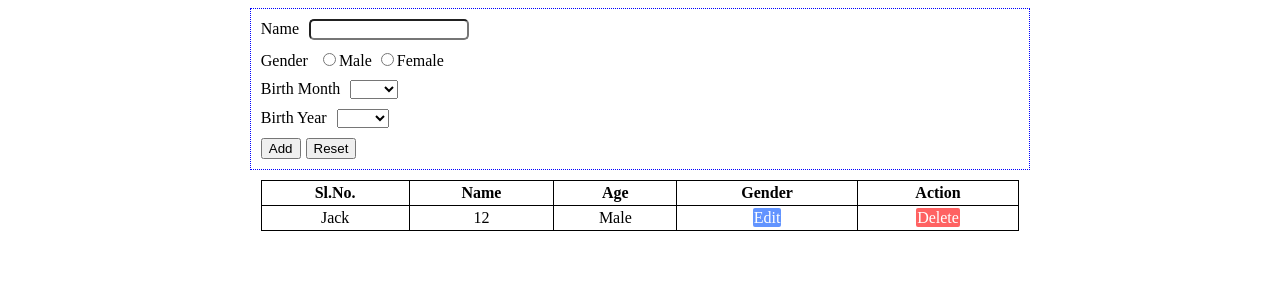
Repository: tysonpaul89/vue-student-crud
Page: /
The author's editor kept a copy of each file at every save. The page is drawn from the files as they stood at one save, then again after the next save.
The browser window is 1280 px wide. The pictures show the whole page.
The project was rebuilt for these pictures with package versions that can differ from the ones it lists, and the page was loaded fresh each time.

Above is the page before, as saved 2020-04-11 14:57:19.

After the next save:
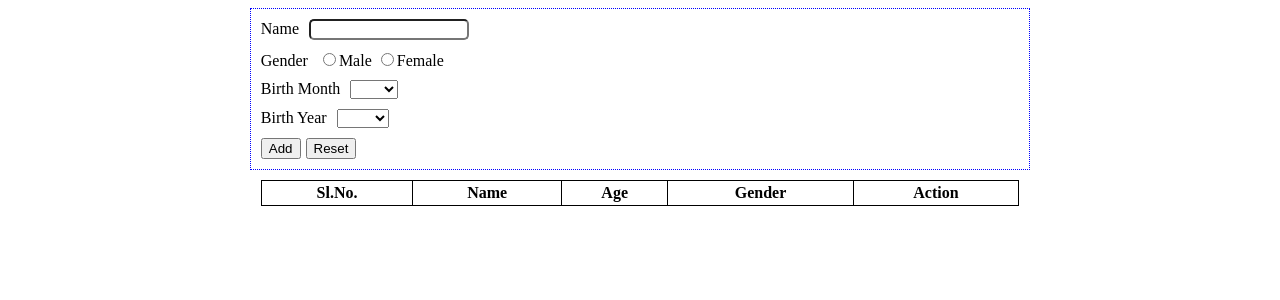
Saved 4 s later.
--- a/src/App.vue
+++ b/src/App.vue
@@ -29,9 +29,6 @@ export default {
   },
   data() {
     return {
-      students: [
-        { id:1, name: 'Jack', age: 12, gender: 'Male', birthMonth: 7, birthYear: 2008 },
-      ],
       formType: 'create',
       student: null,
     }

After the 3 saves that followed:
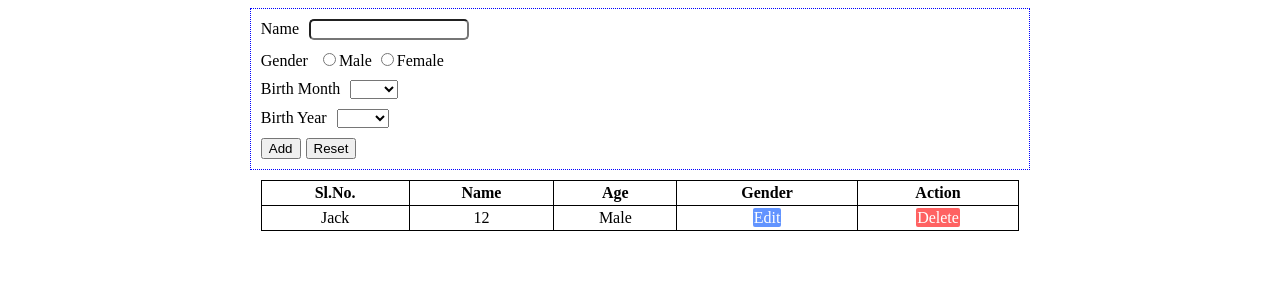
The 3 saves are shown as one change because 1 left the picture as it was and some came seconds apart.
The last was saved 105 s later.
--- a/src/App.vue
+++ b/src/App.vue
@@ -22,7 +22,7 @@ export default {
     StudentListng, // To display student data.
     StudentForm // To Add/Edit student data.
   },
-  watch: {
+  computed: {
     students() {
       return [{ id:1, name: 'Jack', age: 12, gender: 'Male', birthMonth: 7, birthYear: 2008 },];
     }
